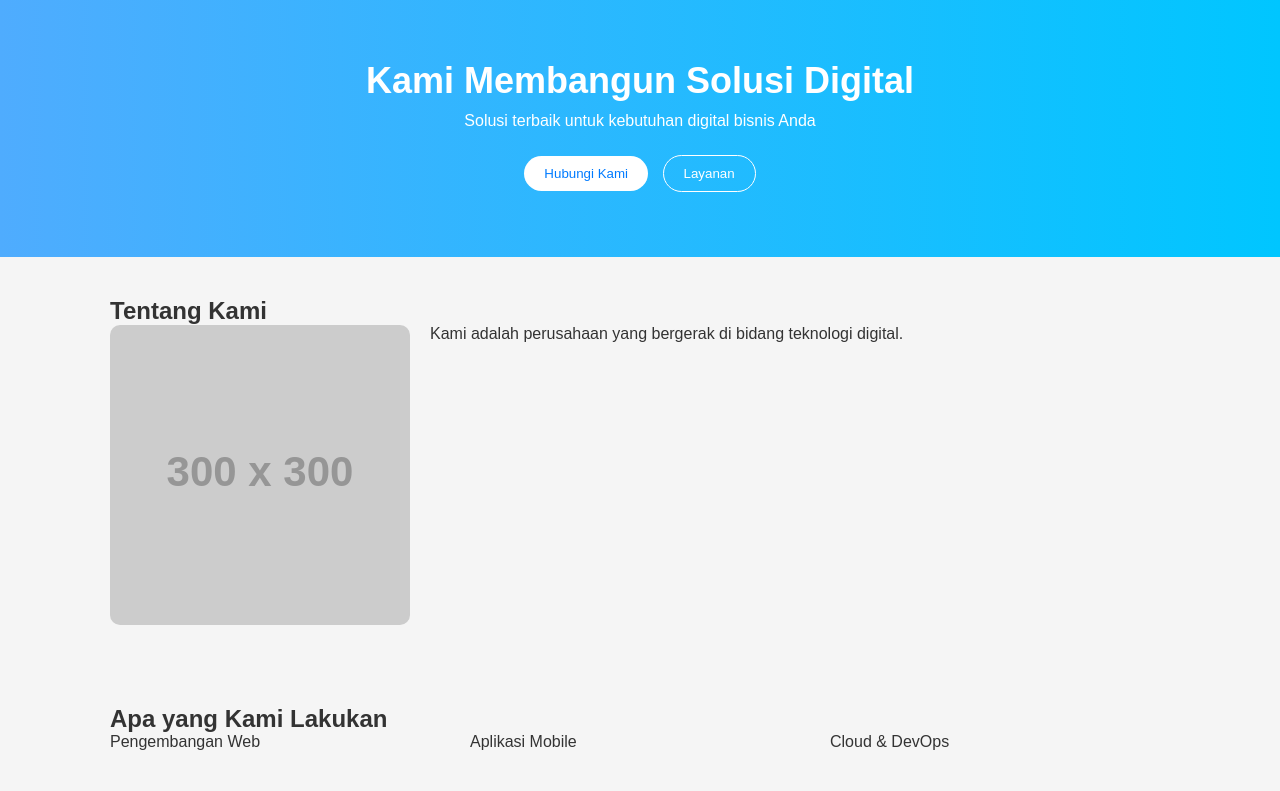
Repository: rufi1126/241552010002-Web-Application-Development
Page: utss/index.html
The author's editor kept a copy of each file at every save. The page is drawn from the files as they stood at one save, then again after the next save.
The browser window is 1280 px wide. The pictures show the whole page.

Above is the page before, as saved 2026-05-08 01:32:10.

### utss/index.html
<html lang="id">
<head>
  <meta charset="UTF-8">
  <meta name="viewport" content="width=device-width, initial-scale=1.0">
  <title>TerkiniTech</title>
  <link rel="stylesheet" href="style.css">
</head>
<body>

<header>
  <h1>Kami Membangun Solusi Digital</h1>
  <p>Solusi terbaik untuk kebutuhan digital bisnis Anda</p>
  <button class="btn btn-primary">Hubungi Kami</button>
  <button class="btn btn-secondary">Layanan</button>
</header>

<section>
  <h2>Tentang Kami</h2>
  <div class="about">
    <img src="https://via.placeholder.com/300" alt="about">
    <p>Kami adalah perusahaan yang bergerak di bidang teknologi digital.</p>
  </div>
</section>

<section>
  <h2>Apa yang Kami Lakukan</h2>
  <div class="services">
    <div class="card">Pengembangan Web</div>
    <div class="card">Aplikasi Mobile</div>
    <div class="card">Cloud & DevOps</div>
  </div>
</section>

</body>

### utss/style.css
* {
  margin: 0;
  padding: 0;
  box-sizing: border-box;
  font-family: Arial;
}

body {
  background: #f5f5f5;
  color: #333;
}

header {
  background: linear-gradient(to right, #4facfe, #00c6ff);
  color: white;
  padding: 60px 20px;
  text-align: center;
}

header h1 {
  font-size: 36px;
  margin-bottom: 10px;
}

header p {
  margin-bottom: 20px;
}

.btn {
  padding: 10px 20px;
  border: none;
  border-radius: 20px;
  margin: 5px;
  cursor: pointer;
}

.btn-primary {
  background: white;
  color: #007BFF;
}

.btn-secondary {
  background: transparent;
  border: 1px solid white;
  color: white;
}

section {
  padding: 40px 20px;
  max-width: 1100px;
  margin: auto;
}

.about {
  display: flex;
  gap: 20px;
  flex-wrap: wrap;
}

.about img {
  width: 300px;
  border-radius: 10px;
}

.services {
  display: grid;
  grid-template-columns: repeat(auto-fit, minmax(200px, 1fr));
  gap: 20px;
}

After the next save:
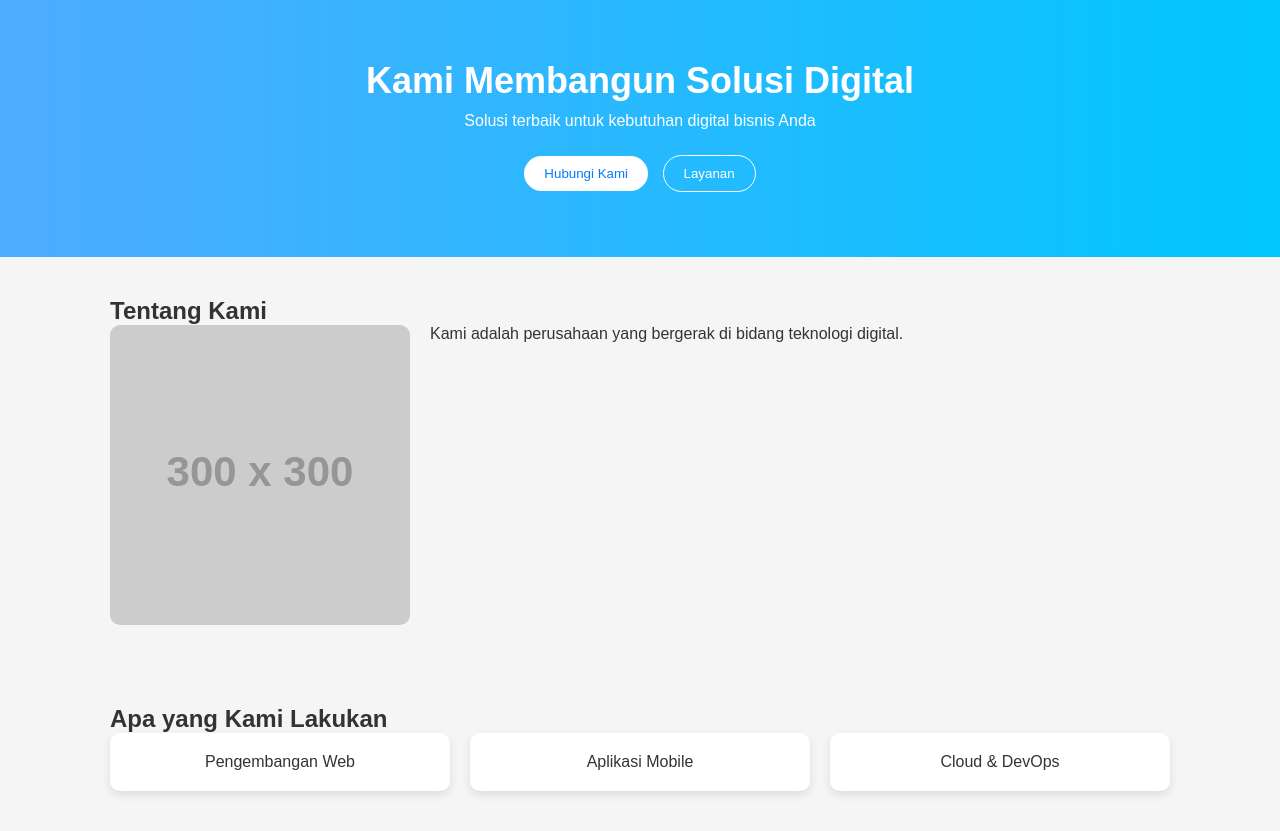
Saved 10 s later.
--- a/utss/style.css
+++ b/utss/style.css
@@ -67,3 +67,11 @@
   grid-template-columns: repeat(auto-fit, minmax(200px, 1fr));
   gap: 20px;
 }
+
+.card {
+  background: white;
+  padding: 20px;
+  border-radius: 10px;
+  text-align: center;
+  box-shadow: 0 4px 10px rgba(0,0,0,0.1);
+}
